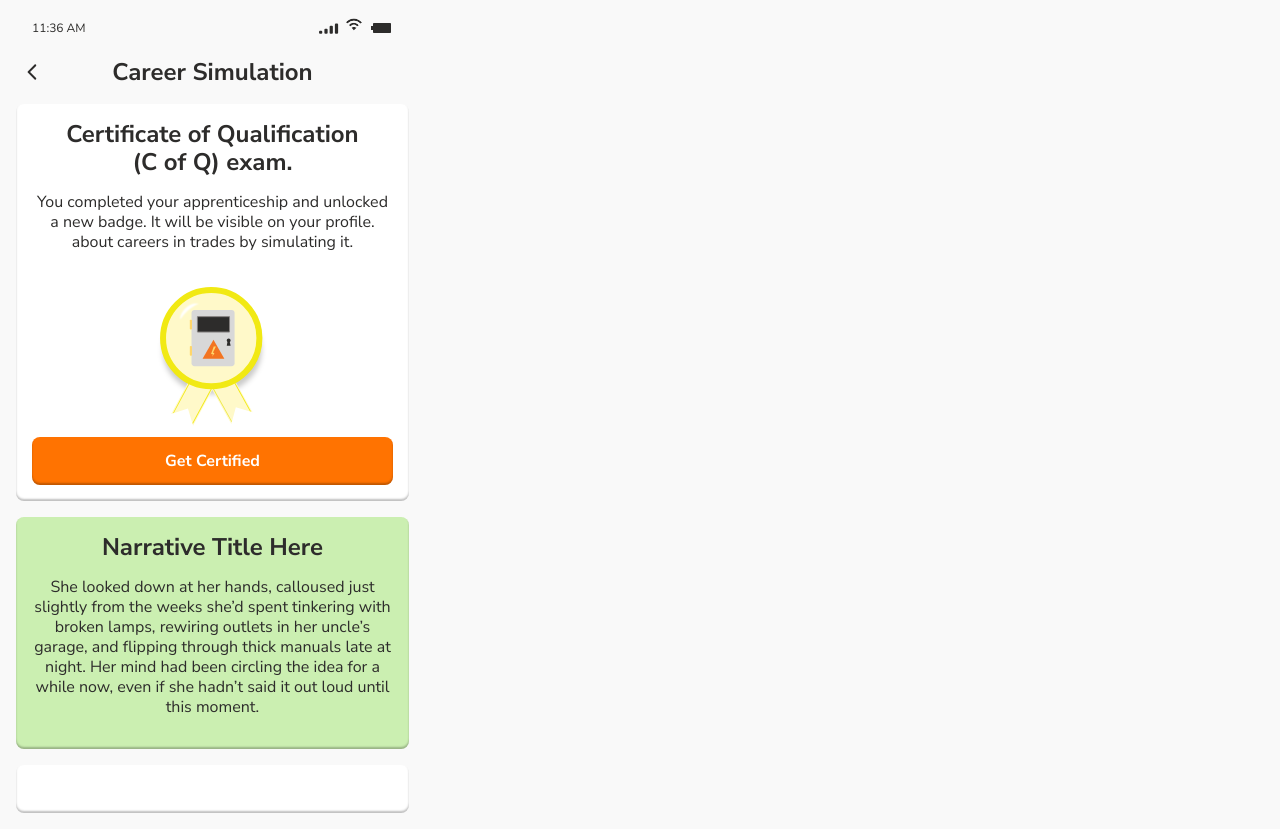
Repository: daniel-liu01/week10books
Page: /
These files come from the project's save history. The page is drawn as it stood at one moment and after the next save; the edit follows.
The browser window is 1280 px wide. The pictures show the whole page.
The project was rebuilt for these pictures with package versions that can differ from the ones it lists, and the page was loaded fresh each time. Also part of the build but not shown: vite.config.js, vite.config.ts, src/App.css, app/Simulation/Simulation.module.css, components/InfoModal/InfoModal.module.css, components/InfoModal/InfoModal.jsx, app/Simulation/Simulation.jsx.

Above is the page before, as saved 2025-10-22 11:59:14.

After the next save:
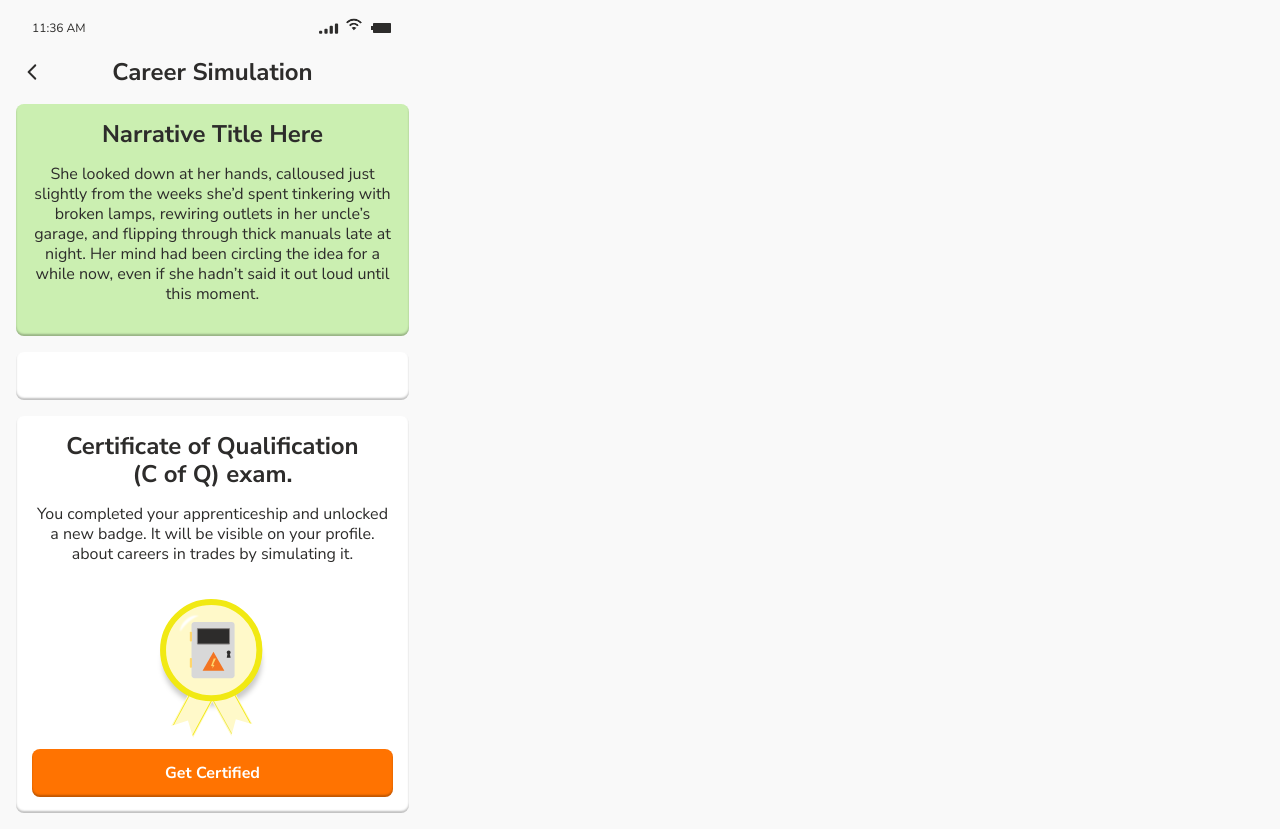
Saved 5 s later.
--- a/app/SimulationChat/SimulationChat.jsx
+++ b/app/SimulationChat/SimulationChat.jsx
@@ -10,12 +10,12 @@ function SimulationChat() {
         <div className={styles.container}>
             <StatusBar />
             <HeadingBar />
-            <PopUp />
             <NarrativeBox
                 title='Narrative Title Here'
                 description='She looked down at her hands, calloused just slightly from the weeks she’d spent tinkering with broken lamps, rewiring outlets in her uncle’s garage, and flipping through thick manuals late at night. Her mind had been circling the idea for a while now, even if she hadn’t said it out loud until this moment.'
             />
             <Menu />
+            <PopUp />
         </div>
     );
 }
